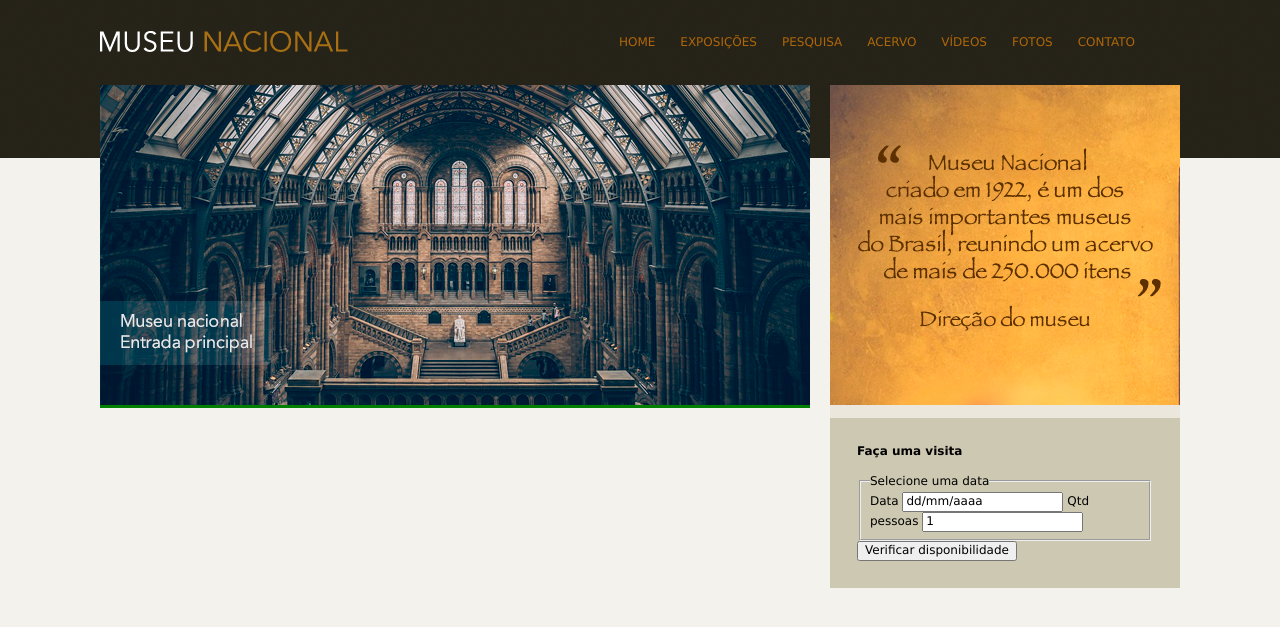
Repository: GustavoScopinho/Museu-Nacional
Page: index.html
An editor plug-in stored every save of this project. The page is shown before and after the next save, followed by the edit.
The browser window is 1280 px wide. The pictures show the whole page.

Above is the page before, as saved 2022-07-05 01:14:50.

### index.html
<!DOCTYPE html>
<html>
  <head>
    <title>Museu Nacional</title>
    <meta charset="utf-8" />
    <link rel="stylesheet" type="text/css" href="css/normalize.css" />
    <link rel="stylesheet" type="text/css" href="css/style.css" />
  </head>

  <body>
    <div id="container">
      <!-- Inicio container -->

      <header>
        <div id="logo">
          <h1><a href="">Museu Nacional</a></h1>
        </div>

        <nav>
          <ul>
            <li><a href="#">Home</a></li>
            <li><a href="#">Exposições</a></li>
            <li><a href="#">Pesquisa</a></li>
            <li><a href="#">Acervo</a></li>
            <li><a href="#">Vídeos</a></li>
            <li><a href="#">Fotos</a></li>
            <li><a href="#">Contato</a></li>
          </ul>
        </nav>
      </header>

      <div id="principal">
        <div id="conteudo">
          <section id=" capa">
            <img src="img/museu.png">
          </section>
        </div>
      <aside>
        <section id="depoimento">
          <img src="img/depoimento.png">
        </section>

      <section id="visita">
        <h4>Faça uma visita</h4>
          <form>
            <fieldset>
                <legend>Selecione uma data</legend>

                <label for="data" >Data</label>
                <input type="text" id="data" value="dd/mm/aaaa">

                <label for="qtd" >Qtd pessoas</label>
                <input type="text" id="qtd" value="1">

            </fieldset>
            <input type="submit" value="Verificar disponibilidade">
          </form>
      </section>

      </aside>
    </div>
    <!-- fim container -->
  </body>
</html>

### css/style.css

body {
  background: #f4f2ec url(../img/fundo.png) repeat-x;
  font: 12px "Lucida Grande", "Lucida Sans Unicode", Arial, sans-serif ;
}

#container {
  width: 1080px;
  margin: 0 auto;
}

a:link, a:active, a:visited {
  color: #af670a;
  text-decoration: none;
}

a:hover {
  color: #227115;
}

/* LOGO */

#logo h1{
  float: left;
}
#logo a {
  width: 248px;
  height: 21px;
  text-indent: -9999px;
  display: block;
  background: url(../img/logo.png) no-repeat;
}

/* navegation */

header{
  padding: 15px 0;
  height: 55px;
}

nav ul {
  list-style: none;
  margin: 20px;
  float: right;
}
nav ul li {
  float: left;
}

nav ul li a:link {
  display: block;
  margin-right: 25px;
  padding-bottom: 3px;
  text-transform: uppercase;
}

nav ul li a:hover {
  border-bottom: 1px solid #535858;
}

/* Principal */

#conteudo {
  width: 710px;
  float: left;
  background: green;
}
aside {
  width: 350px;
  float: right;
  background: #ebe7dd;
}

section#visita {
  background: #cdc8b1;
  padding: 10px 27px 27px 27px;
  margin-top: 10px;
}

Loaded but not shown: css/normalize.css (library)

After the next save:
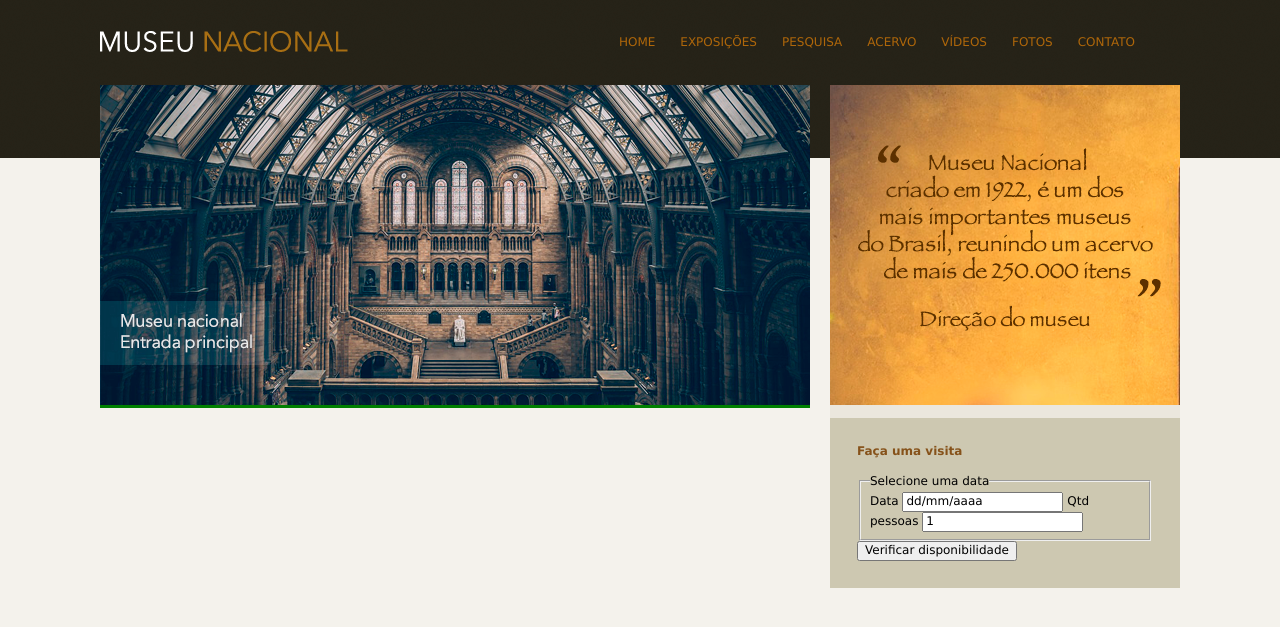
Saved 33 s later.
--- a/css/style.css
+++ b/css/style.css
@@ -76,3 +76,7 @@
   padding: 10px 27px 27px 27px;
   margin-top: 10px;
 }
+
+h4 {
+  color: #86521a;
+}
